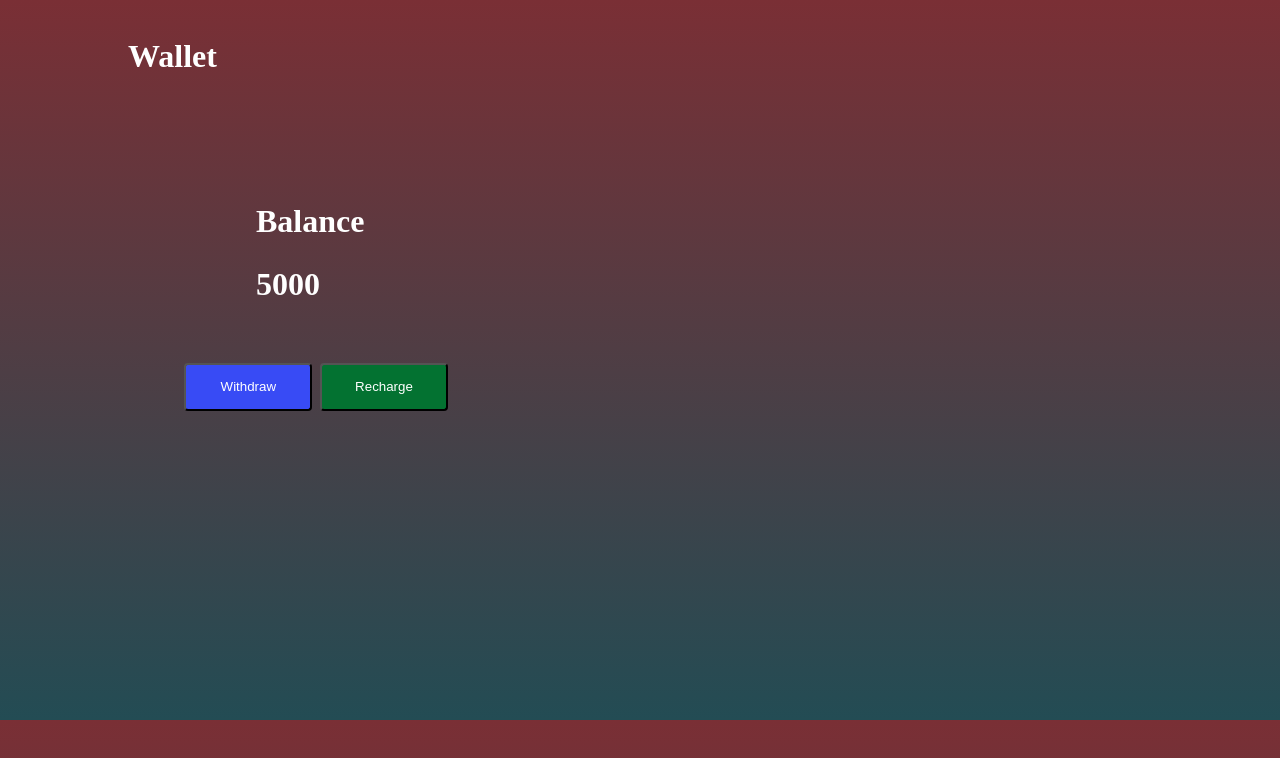
Repository: jagan607/N-Kalari
Page: /
These files come from the project's save history. The page is drawn as it stood at one moment and after the next save; the edit follows.
The browser window is 1280 px wide. The pictures show the whole page.
The project was rebuilt for these pictures with package versions that can differ from the ones it lists, and the page was loaded fresh each time. Also part of the build but not shown: src/App.css, src/helpers/firebase.js, src/components/Login/Login.js.

Above is the page before, as saved 2022-01-07 17:45:51.

### src/index.css
body,
html,
.App,
#root,
.main {
  width: 100%;
  height:100%;
  scroll-behavior: smooth;

}
body{
    margin: 0;
    padding: 0;
    text-align: center;
    background-image: linear-gradient(#7A2F35, #234C54);
  }

### src/App.js
import logo from './logo.svg';
import './App.css';
import React, { Component } from "react"
import Login from './components/Login/Login'
import Wallet from './components/wallet/Wallet'
import {history} from './helpers/history'
import {Router, Route, Routes } from "react-router-dom";


class App extends Component {
  constructor(props) {
    super(props);
  }

  render() {
    return(
      <div>
        {/* <Login></Login> */}

        <Wallet></Wallet>

          {/* <Route exact path="/">
          </Route> */}
          {/* <Route exact path="/wallet">
            <Wallet/>
          </Route> */}
     </div>
    );
}
}

export default App;

### src/components/wallet/Wallet.js
import React, { Component } from "react"
import styles from './index.css';

class Wallet extends Component{
    constructor(props){
        super(props);


    }

    render(){
        return(
            <div>
            <div className="balance">
            <h1 className="heading">Wallet</h1>
            <h1 className="balance-heading">Balance </h1>
            <h1 className="balance-value">5000</h1>
            </div>
            <div className="buttons">
                <button className="withdraw">Withdraw</button>
                <button className="recharge">Recharge</button>

            </div>
            </div>

        )
    }
}
export default Wallet;

### src/components/wallet/index.css
.heading{
    color: white;
    text-align: left;
    margin-left: 10%;
    margin-top: 3%;
}

.balance-heading{
    color :white;
    text-align: left;
    margin-left: 20%;
    margin-top: 10%;
}

.balance-value{
    color :white;
    text-align: left;
    margin-left: 20%;
    margin-top: 2%;
}

.buttons{
    width: 30%;
    float: left;
    margin-left: 10%;
    margin-top: 3%;
}

.withdraw{
    margin-right: 2%;
    width: 8rem;
    height: 3rem;
    background: #384BF5;
    border-radius: 4px;
    color: white;

}

.recharge{
    margin-right: 2%;
    width: 8rem;
    height: 3rem;
    background: #037231;
    color: white;
    border-radius: 4px;

}

Loaded but not shown: public/index.html (common file); src/index.js (common file); src/reportWebVitals.js (common file); src/helpers/history.js (common file)

After the next save:
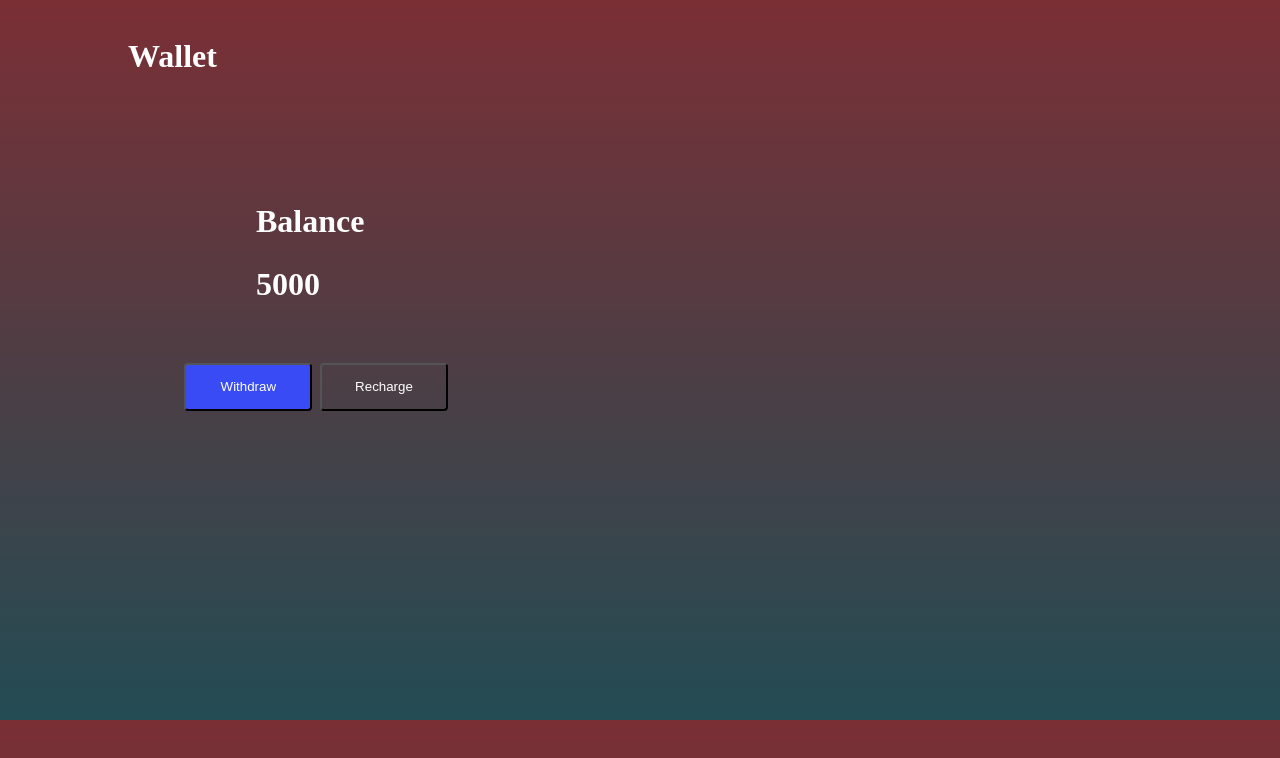
Saved 22 s later.
--- a/src/components/wallet/index.css
+++ b/src/components/wallet/index.css
@@ -40,7 +40,7 @@
     margin-right: 2%;
     width: 8rem;
     height: 3rem;
-    background: #037231;
+    background: transparent;
     color: white;
     border-radius: 4px;
 
